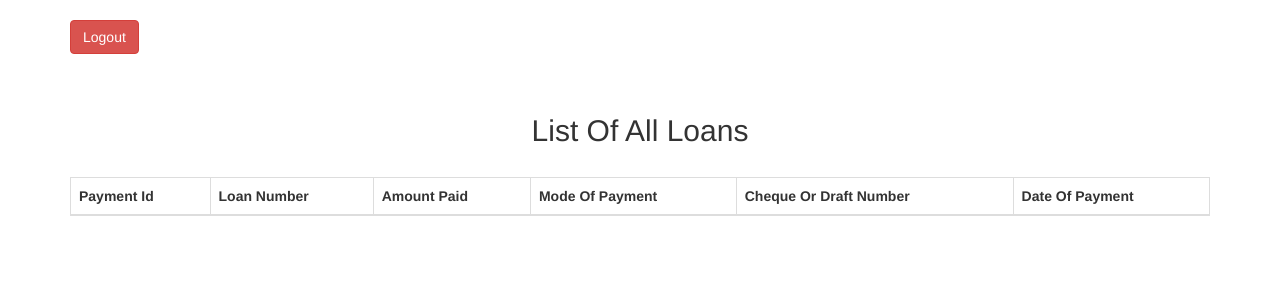
Repository: Bayvao/E-Loan-Project
Page: http://localhost/E-Loan-Project/WEB-INF/views/payment-details-list.jsp
The author's editor kept a copy of each file at every save. The page is drawn from the files as they stood at one save, then again after the next save.
The browser window is 1280 px wide. The pictures show the whole page.
The page is served by Tomcat 9. Nobody is signed in. Other server files are loaded and not shown. The template is opened directly, without the code that normally fills it, so the values that code supplies are empty.

Above is the page before, as saved 2020-07-25 12:37:28.

### E-Loan-Project/src/main/webapp/WEB-INF/views/payment-details-list.jsp
<%@ taglib prefix="form" uri="http://www.springframework.org/tags/form"%>
<%@ taglib prefix="security"
	uri="http://www.springframework.org/security/tags"%>
<%@ taglib prefix="c" uri="http://java.sun.com/jsp/jstl/core"%>

<!DOCTYPE html>
<html lang="en">
<head>
<title>Loan List</title>

<meta charset="utf-8">
<meta name="viewport" content="width=device-width, initial-scale=1">
<link rel="stylesheet"
	href="https://maxcdn.bootstrapcdn.com/bootstrap/3.4.1/css/bootstrap.min.css">
<script
	src="https://ajax.googleapis.com/ajax/libs/jquery/3.5.1/jquery.min.js"></script>
<script
	src="https://maxcdn.bootstrapcdn.com/bootstrap/3.4.1/js/bootstrap.min.js"></script>


<style>
caption {
	text-align: center;
}

h2 {
	text-align: center;
}
</style>
</head>
<body>

	<div class="container">
		<br />

		<!-- Add a logout button -->
		<form:form action="${pageContext.request.contextPath}/logout"
			method="POST">

			<input type="submit" class="btn btn-danger" value="Logout" />

		</form:form>


		<br />
		<!-- display user name and role -->

		<p>

			<security:authorize access="isAuthenticated()">
        User: <security:authentication property="principal.username" />
        | Role: <security:authentication
					property="principal.authorities" />
			</security:authorize>

			<br />
		<div>
			<h2>List Of All Loans</h2>
		</div>
		<br />

		<table class="table table-bordered table-hover">
			<thead>
				<tr>
					<th scope="col">Payment Id</th>
					<th scope="col">Loan Number</th>
					<th scope="col">Amount Paid</th>
					<th scope="col">Mode Of Payment</th>
					<th scope="col">Cheque Or Draft Number</th>
					<th scope="col">Date Of Payment</th>
				</tr>
			</thead>
			<tbody>
				<c:forEach items="${pay}" var="pay">
					<tr>
						<td scope="row">${pay.paymentId}</td>
						<td>${pay.loanNumber}</td>
						<td>${pay.amountPaid}</td>
						<td>${pay.modeOfPayment}</td>
						<td>${pay.chequeOrDraftNumber}</td>
						<td>${pay.dateOfPayment}</td>
					</tr>
				</c:forEach>
			</tbody>
		</table>
	</div>
</body>
</html>

After the next save:
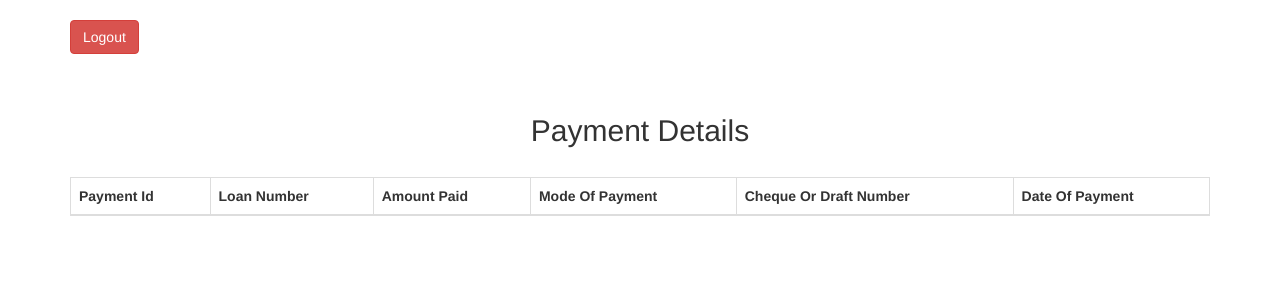
Saved 13 s later.
--- a/E-Loan-Project/src/main/webapp/WEB-INF/views/payment-details-list.jsp
+++ b/E-Loan-Project/src/main/webapp/WEB-INF/views/payment-details-list.jsp
@@ -55,7 +55,7 @@ h2 {
 
 			<br />
 		<div>
-			<h2>List Of All Loans</h2>
+			<h2>Payment Details</h2>
 		</div>
 		<br />
 
